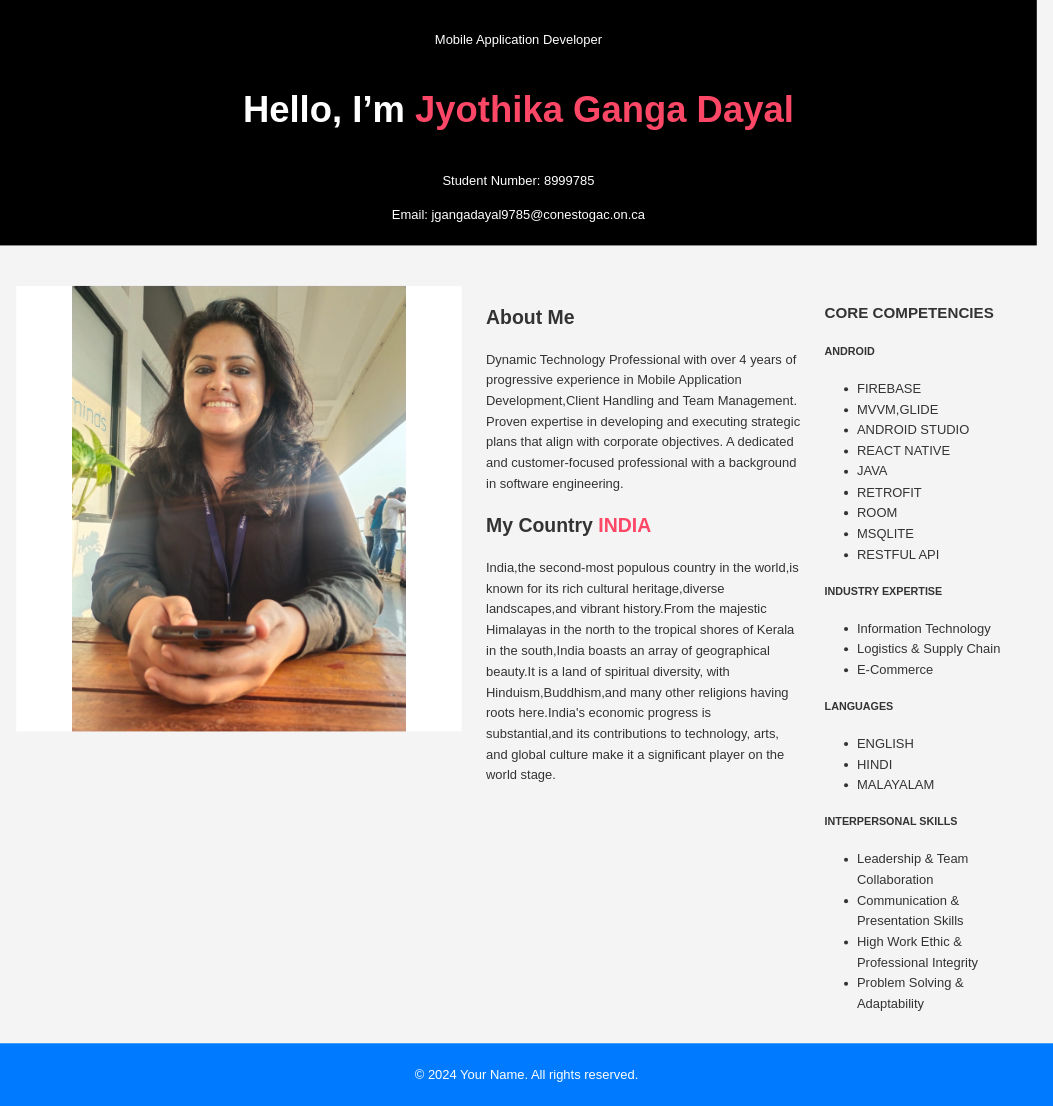
Repository: jyothika123/portfolio
Page: index.html
An editor plug-in stored every save of this project. The page is shown before and after the next save, followed by the edit.
The browser window is 1280 px wide. The page is 1300 px wide, so the pictures cover 1300 px, including what lies to the right of the window. The pictures show the whole page, at 81% of full size.

Above is the page before, as saved 2024-09-22 18:41:09.

After the next save:
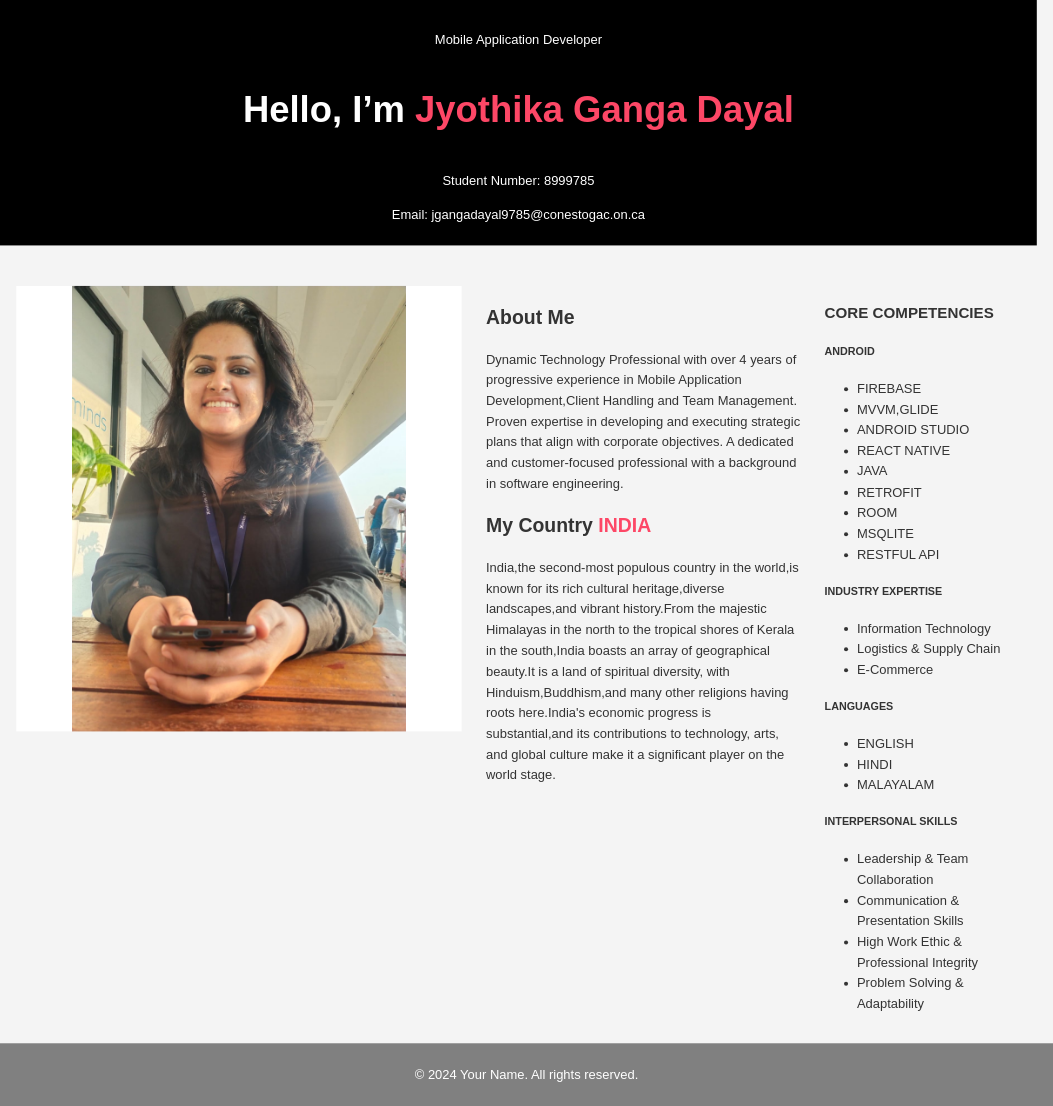
Saved 6 min 16 s later.
--- a/css/style.css
+++ b/css/style.css
@@ -33,7 +33,7 @@ main {
 }
 
 footer {
-    background: #007BFF;
+    background: grey;
     color: #fff;
     text-align: center;
     padding: 10px ;
